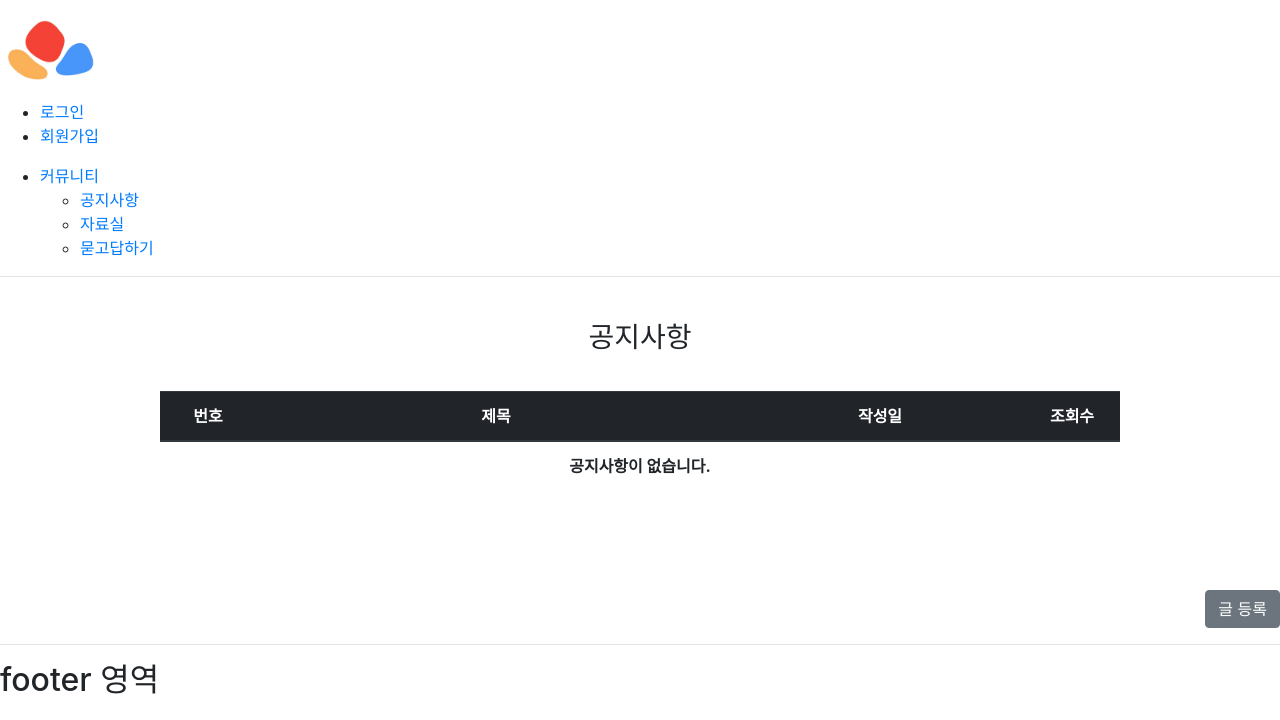
Repository: rnjsmj/pro01
Page: http://localhost/pro01/qna/noticeList.jsp
The author's editor kept a copy of each file at every save. The page is drawn from the files as they stood at one save, then again after the next save.
The browser window is 1280 px wide. The pictures show the whole page.
The page is served by Tomcat 9. Nobody is signed in. The application's start-up code is not run. Other server files are loaded and not shown. The template is opened directly, without the code that normally fills it, so the values that code supplies are empty.

Above is the page before, as saved 2024-04-11 07:16:27.

### pro01/WebContent/qna/noticeList.jsp
<%@ page language="java" contentType="text/html; charset=UTF-8"
    pageEncoding="UTF-8"%>
<%@ taglib prefix="c" uri="http://java.sun.com/jsp/jstl/core" %>
<%@ taglib prefix="fmt" uri="http://java.sun.com/jsp/jstl/fmt" %>
<c:set var="path0" value="<%=request.getContextPath() %>" />
<!DOCTYPE html>
<html>
<head>
<meta charset="UTF-8">
<title>갈현동 - 공지사항</title>
<%@ include file="/head.jsp" %>
<style>
	.title { text-align:center; padding:1em; }
	.table {text-align:center; width:960px; margin: 0 auto;}
	.buttons { text-align:right; }
	.th-no {width:10%;}
	.th-title{width:50%;}
	.th-resdate{width:30%;}
	.td-title {text-align:left;}
	.a-title { color:black;}
	.a-title:hover { font-weight:600; text-decoration:none;}
	.div-table { text-align:center; display:flex; justify-center:center;  margin-bottom: 100px; }
</style>
</head>
<body>
<div id="header">
	<%@ include file="/header.jsp" %>
</div>
<div id="contents" >
	<section>
		<div class="page" id="page1">
			<h3 class="title">공지사항</h3>
			<div class="div-table">
				<table class="table">
					<thead class="thead-dark">
						<tr>
							<th class="th-no">번호</th>
							<th class="th-title">제목</th>
							<th class="th-resdate">작성일</th>
							<th class="th-visited">조회수</th>
						</tr>
					</thead>
					<tbody>
						<c:if test="${not empty noticeList }">
							<c:forEach var="dto" items="${noticeList }">
								<tr>
									<td>${dto.no }</td>
									<td class="td-title"><a href="${path0 }/GetNotice.do?no=${dto.no}" class="a-title">${dto.title }</a></td>
									<td>${dto.resdate }</td>
									<!-- 날짜만 표시할 경우
									<td class="td-resdate">
										<fmt:parseDate value="${dto.resdate }" pattern="yyyy-MM-dd" var="resdate" />
										<fmt:formatDate value="${resdate }" pattern="yyyy-MM-dd" />
									</td>-->
									<td>${dto.visited }</td>
								</tr>
							</c:forEach>
						</c:if>
						<c:if test="${empty noticeList }">
							<tr>
								<td colspan="4"><strong>공지사항이 없습니다.</strong></td>
							</tr>
						</c:if>
					</tbody>
				</table>
			</div>
			<script>

			</script>
			<div class="buttons">
				  <a href="${path0 }/notice/notice_ins.jsp" class="btn btn-secondary">글 등록</a>
			</div>
		</div>
	</section>
</div>
<div id="footer">
	<%@ include file="/footer.jsp" %>
</div>
</body>
</html>

### pro01/WebContent/head.jsp
<%@ page language="java" contentType="text/html; charset=UTF-8"
    pageEncoding="UTF-8"%>
<%@ taglib prefix="c" uri="http://java.sun.com/jsp/jstl/core" %>
<%@ taglib prefix="fmt" uri="http://java.sun.com/jsp/jstl/fmt" %>
<c:set var="ipath" value="<%= request.getContextPath() %>" />
<script src="${ipath }/js/jquery-3.2.1.min.js"></script>
<link rel="stylesheet" href="${ipath }/css/bootstrap.min.css" />
<link rel="stylesheet" href="https://cdnjs.cloudflare.com/ajax/libs/font-awesome/5.7.0/css/all.min.css" />
<script src="${ipath }/js/bootstrap.min.js"></script>
<meta name="viewport" content="width=device-width, initial-scale=1.0">
<meta name="subject" content="갈현동 소개 (Galhyeon-dong Intro)" />
<meta name="description" content="갈현동, 로데오거리, 맛집, 교통" />
<meta name="keywords" content="갈현동, 갈현1동, 갈현2동, 거리, 맛집, 교통편, 연신내역, 연신내, 구산역, 구산동, 구파발, 로데오거리, 연신내로데오거리, 메트로타워, 주점" />
<link rel="icon" href="${ipath }/images/favicon.png" />
<link rel="shortcut icon" href="${ipath}/images/favicon3.png" />
<meta property="og:type" content="website" />
<meta property="og:title" content="갈현동" />
<meta property="og:description" content="갈현동, 로데오거리, 맛집, 교통" />
<meta property="og:image" content="${ipath }/images/site.png" />
<meta property="og:url" content="http://localhost:8091" />

### pro01/WebContent/header.jsp
<%@ page language="java" contentType="text/html; charset=UTF-8"
    pageEncoding="UTF-8"%>
<%@ taglib prefix="c" uri="http://java.sun.com/jsp/jstl/core" %>
<%@ taglib prefix="fmt" uri="http://java.sun.com/jsp/jstl/fmt" %>
<c:set var="hpath" value="<%= request.getContextPath() %>" />
<header>
	<div class="logo_wrap" >
		<a href="/pro01"><img alt="갈현동" src="${hpath }/images/favicon3.png" width=100px> </a>
	</div>
	<nav id="tnb">
		<ul>
			<c:if test="${empty sid }">
			<li><a href="${hpath }/member/login.jsp">로그인</a></li>
			<li><a href="${hpath }/member/term.jsp">회원가입</a></li>
			</c:if>
			<c:if test="${not empty sid }">
			<li><strong>${sname } 님 환영합니다.</strong></li>
			<li><a href="${hpath }/Logout.do">로그아웃</a></li>
			<li><a href="${hpath }/MemberUpdate.do?id=${sid}">마이페이지</a></li>
			</c:if>
			<c:if test="${sid.equals('admin') }">
			<li><a href="${hpath }/admin">관리자 페이지</a></li>
			</c:if>
		</ul>
	</nav>
	<nav id="gnb">
		<ul class="main_menu">
			<li><a href="">커뮤니티</a>
				<ul>
					<li><a href="${hpath }/NoticeList.do">공지사항</a></li>
					<li><a href="">자료실</a></li>
					<li><a href="">묻고답하기</a></li>
				</ul>
			</li>
		</ul>
	</nav>
</header>
<hr>

### pro01/WebContent/footer.jsp
<%@ page language="java" contentType="text/html; charset=UTF-8"
    pageEncoding="UTF-8"%>
<hr>
<footer>
	<h2>footer 영역</h2>
</footer>

Loaded but not shown: pro01/WebContent/js/jquery-3.2.1.min.js (library); pro01/WebContent/css/bootstrap.min.css (library); pro01/WebContent/js/bootstrap.min.js (library)

After the next save:
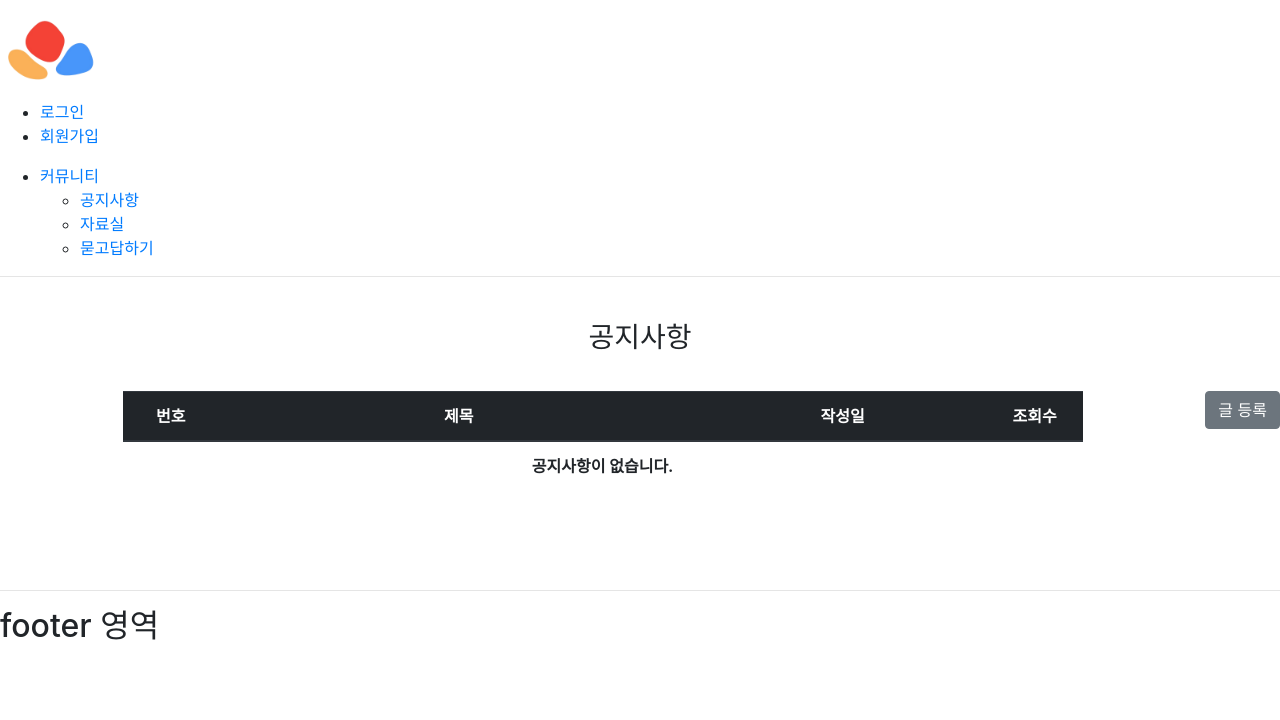
Saved 33 s later.
--- a/pro01/WebContent/qna/noticeList.jsp
+++ b/pro01/WebContent/qna/noticeList.jsp
@@ -63,13 +63,14 @@
 						</c:if>
 					</tbody>
 				</table>
-			</div>
-			<script>
+				<script>
 
 			</script>
 			<div class="buttons">
 				  <a href="${path0 }/notice/notice_ins.jsp" class="btn btn-secondary">글 등록</a>
 			</div>
+			</div>
+
 		</div>
 	</section>
 </div>
